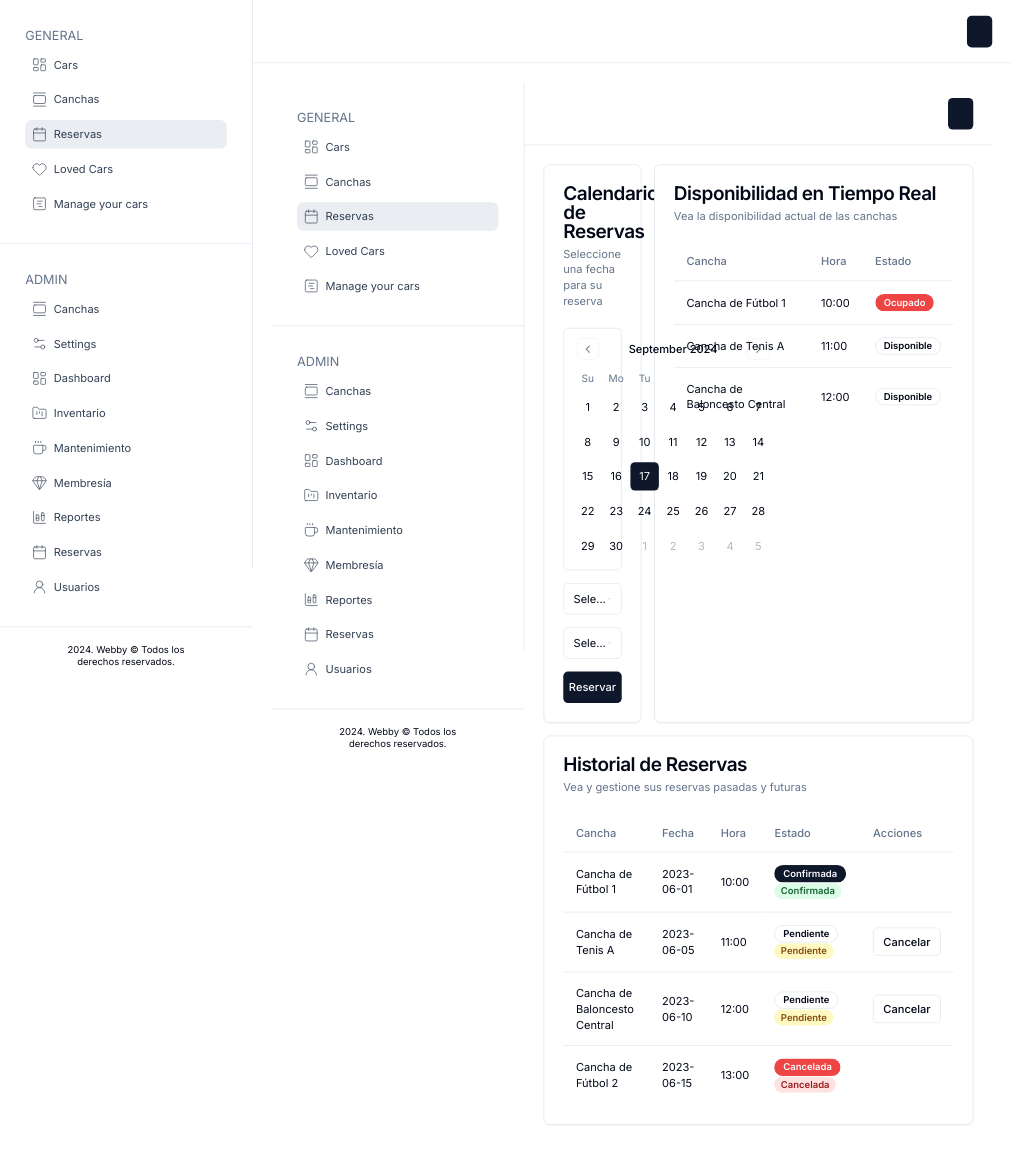
Repository: Jackson-sch/cdeporte
Page: /reservas
The author's editor kept a copy of each file at every save. The page is drawn from the files as they stood at one save, then again after a run of saves.
The browser window is 1280 px wide. The pictures show the whole page, at 79% of full size.
The project was rebuilt for these pictures with package versions that can differ from the ones it lists, and the page was loaded fresh each time. The framework's server and built-in components were replaced by stand-ins that run in the browser. Also part of the build but not shown: next.config.mjs, src/components/ui/label.jsx, src/components/ui/input.jsx, src/components/Reservas/HistorialReserva.jsx.

Above is the page before, as saved 2024-09-17 20:18:04.

After the next 3 saves:
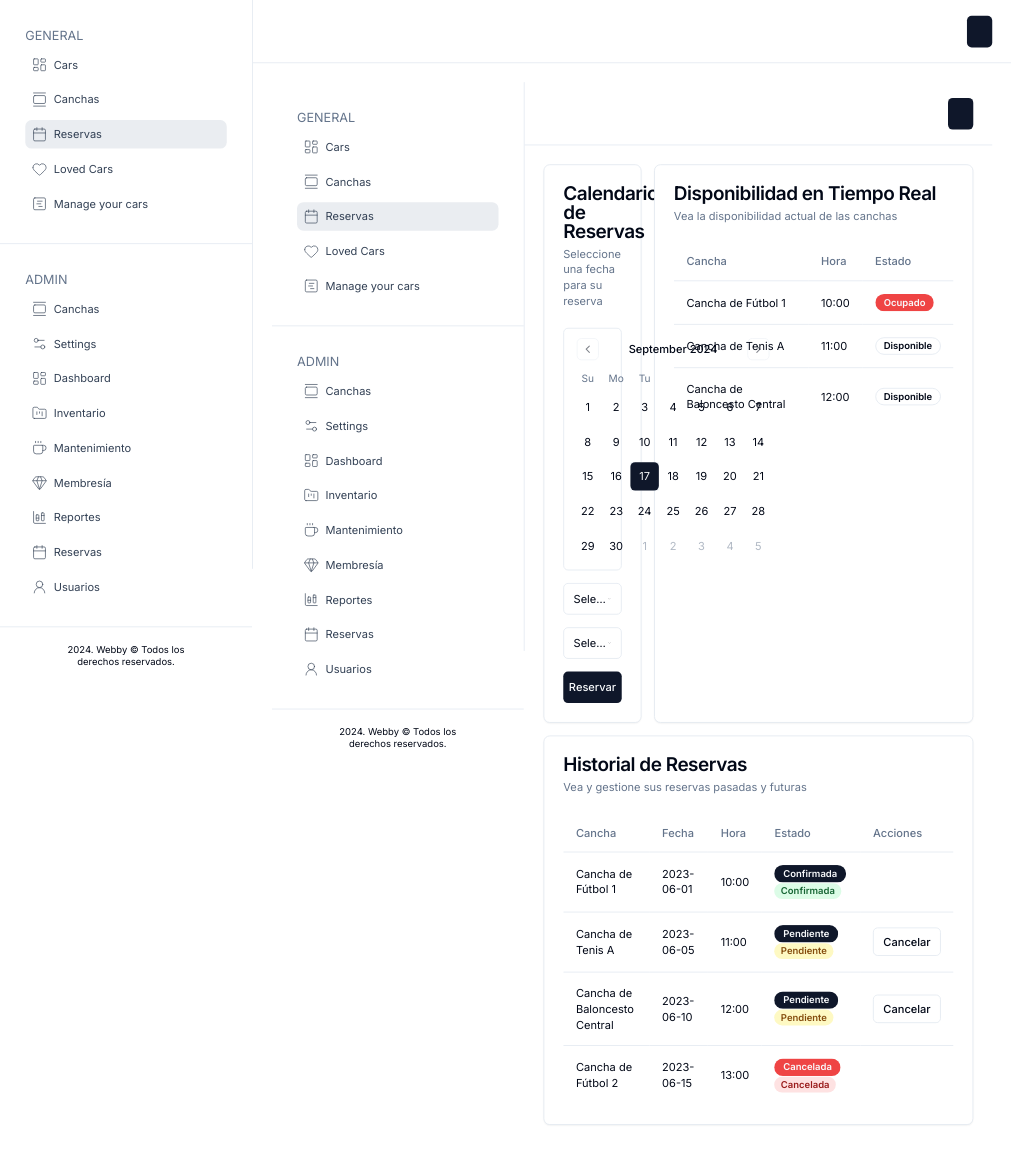
The 3 saves are shown as one change because they came seconds apart.
The last was saved 16 s later.
--- a/src/components/Reservas/ReservationHistory.jsx
+++ b/src/components/Reservas/ReservationHistory.jsx
@@ -103,7 +103,7 @@ export default function ReservationHistory() {
                         ? "default"
                         : reservation.status === "Cancelada"
                         ? "destructive"
-                        : "warning"
+                        : "default"
                     }
                   >
                     {reservation.status}
